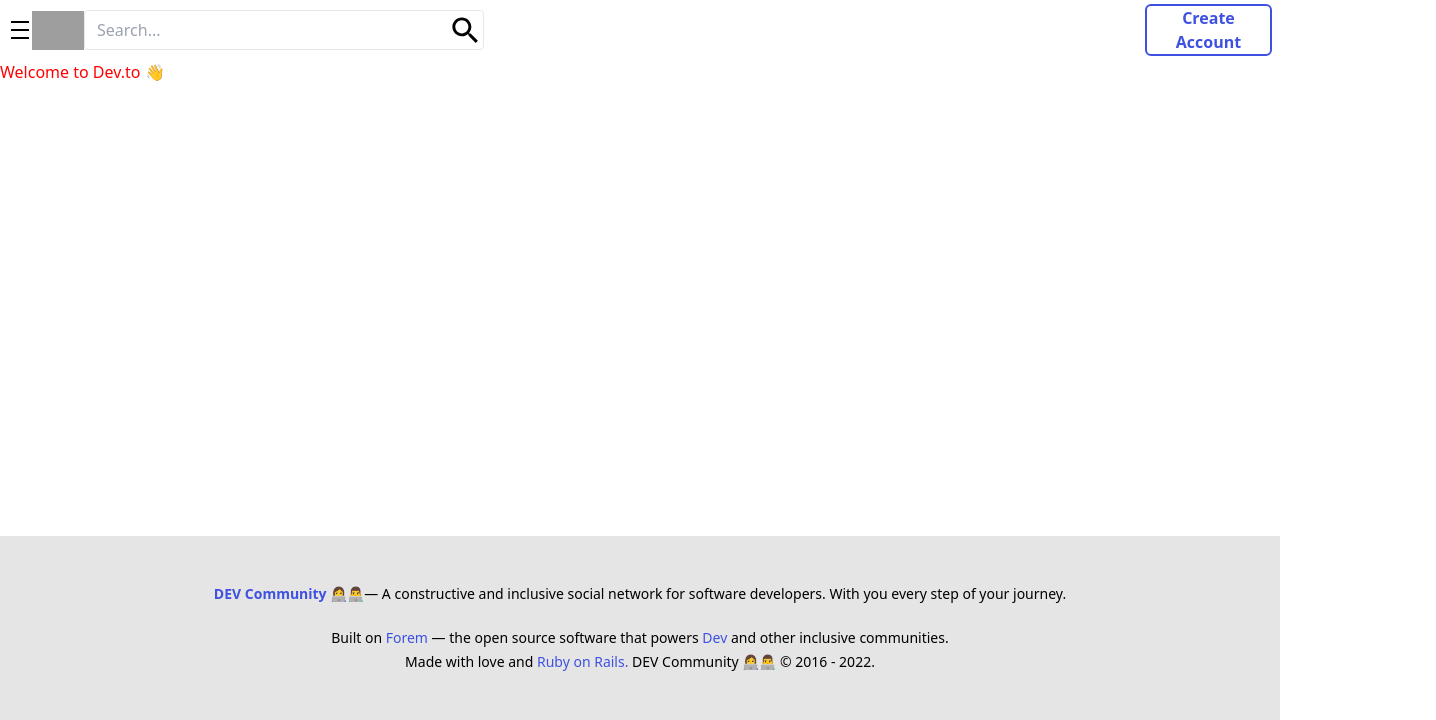
Repository: dat-nguyen-2001/dev.to-stopped-
Page: / (app in client/)
These files come from the project's save history. The page is drawn as it stood at one moment and after the next save; the edit follows.
The browser window is 1280 px wide. The page is 1280 px wide, then 1436 px, so the pictures cover 1436 px, including what lies to the right of the window. The pictures show the whole page.
Pictures or frames that could not be fetched are drawn as grey boxes. The project was rebuilt for these pictures with package versions that can differ from the ones it lists, and the page was loaded fresh each time. The framework's server and built-in components were replaced by stand-ins that run in the browser. Also part of the build but not shown: client/next.config.js.

Above is the page before, as saved 2022-09-18 14:51:01.

### client/pages/_app.tsx
import React from 'react'
import { AppProps } from 'next/app'


import '../styles/index.css'

function MyApp({ Component, pageProps }: AppProps) {
  return <Component {...pageProps} />
}

export default MyApp

### client/pages/index.tsx
import Layout from '../components/Layout'

const IndexPage = () => (
  <Layout title="DEV Community 👩‍💻👨‍💻">
    <h1 className='text-[red]'>Welcome to Dev.to 👋</h1>
  </Layout>
)

export default IndexPage

### client/styles/index.css
@tailwind base;
@tailwind components;
@tailwind utilities;

.nav-wrapper {
    justify-content: space-between;
}

### client/components/Layout.tsx
import React, { ReactNode } from 'react'
import Head from 'next/head'
import Footer from './Footer'
import NavBar from './nav/NavBar'

interface Props {
  children?: ReactNode
  title?: string
}

const Layout = ({ children, title = 'This is the default title' }: Props) => (
  <div>
    <Head>
      <title>{title}</title>
      <meta charSet="utf-8" />
      <meta name="viewport" content="initial-scale=1.0, width=device-width" />
      <link rel="icon" href="dev.to.png" />
    </Head>
    <NavBar />
    {children}
    <Footer />
  </div>
)

export default Layout

### client/components/Footer.tsx
import Link from "next/link"



const Footer = () => {

    return (
        <div className="fixed bottom-0 w-screen bg-[#e5e5e5] text-sm">
            <div className="max-w-[1024px] m-auto text-center my-12 flex flex-col space-y-1">
                <p className="mb-5">
                    <span className="text-[#3e51e0] font-bold hover:underline">
                        <Link href={'/'}>
                            DEV Community 👩‍💻👨‍💻
                        </Link>
                    </span>
                    — A constructive and inclusive social network for software developers. With you every step of your journey.
                </p>
                <p>
                    Built on
                    <span> </span>
                    <span className="text-[#3e51e0] hover:underline">
                        <Link href={'https://forem.com/'}>
                            <a target="_blank" rel="noopener noreferrer">
                                Forem
                            </a>
                        </Link>
                    </span> — the open source software that powers
                    <span> </span>
                    <span className="text-[#3e51e0] hover:underline">
                        <Link href={'/'}>
                            Dev
                        </Link>
                    </span> and other inclusive communities.
                </p>
                <p>
                    Made with love and
                    <span> </span>
                    <span className="text-[#3e51e0] hover:underline">
                        <Link href={'https://rubyonrails.org/'}>
                            <a target="_blank" rel="noopener noreferrer">
                                Ruby on Rails.
                            </a>
                        </Link>
                    </span> DEV Community 👩‍💻👨‍💻 © 2016 - 2022.
                </p>
            </div>
        </div>)
}

export default Footer

### client/components/nav/NavBar.tsx
import GuestNav from "./GuestNav";
import DensityMediumIcon from '@mui/icons-material/DensityMedium'; import Link from "next/link";
import SearchIcon from '@mui/icons-material/Search';

const NavBar = () => {
    return (
        <div className="flex nav-wrapper w-screen h-[60px] px-2">
            <div className="flex items-center space-x-3 h-[70%] w-full my-auto md:space-x-0">
                <DensityMediumIcon className="my-auto cursor-pointer md:hidden" />
                <Link href={'/'}>
                    <img src="https://dev-to-uploads.s3.amazonaws.com/uploads/logos/resized_logo_UQww2soKuUsjaOGNB38o.png" width={52} />
                </Link>
                <div className="hidden ml-10 w-[400px] md:flex items-center text-center h-[40px] border-[1.5px] rounded">
                    <input
                        placeholder="Search..."
                        className=" w-[90%] h-[100%] outline-none ml-3" />
                    <SearchIcon fontSize='large' />
                </div>
            </div>
            <div className="flex items-center">
                <GuestNav />
            </div>
        </div>
    )
}

export default NavBar

### client/components/nav/GuestNav.tsx
import SearchIcon from '@mui/icons-material/Search';
import Link from 'next/link';

const GuestNav = () => {
    return (
        <div className='flex space-x-1'>
            <div className='w-10 h-10 bg-[#e5e5e5] rounded-lg cursor-pointer md:hidden'>
                <SearchIcon fontSize='large' className='my-auto pt-2 pl-2' />
            </div>
            <Link href={"/register"}>
                <button className='min-w-[100px] border-solid border-[#3e51e0] border-2 px-2 rounded-md text-[#3e51e0] font-semibold hover:bg-[#3e51e0] hover:text-white hover:underline'>
                    Create Account
                </button>
            </Link>
        </div>
    )
}

export default GuestNav

Loaded but not shown: client/tailwind.config.js (common file)

After the next save:
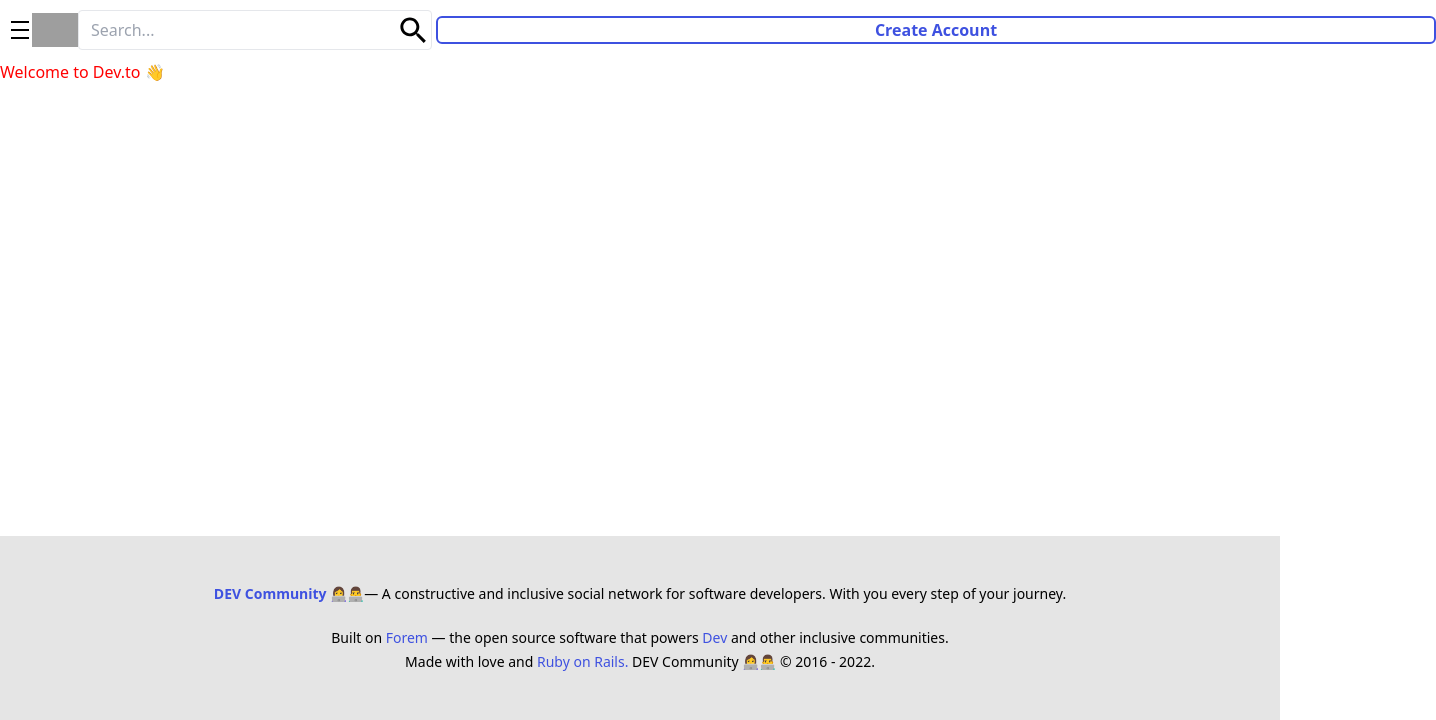
Saved 26 s later.
--- a/client/components/nav/GuestNav.tsx
+++ b/client/components/nav/GuestNav.tsx
@@ -8,7 +8,7 @@
                 <SearchIcon fontSize='large' className='my-auto pt-2 pl-2' />
             </div>
             <Link href={"/register"}>
-                <button className='min-w-[100px] border-solid border-[#3e51e0] border-2 px-2 rounded-md text-[#3e51e0] font-semibold hover:bg-[#3e51e0] hover:text-white hover:underline'>
+                <button className='min-w-[1000px] border-solid border-[#3e51e0] border-2 px-2 rounded-md text-[#3e51e0] font-semibold hover:bg-[#3e51e0] hover:text-white hover:underline'>
                     Create Account
                 </button>
             </Link>
